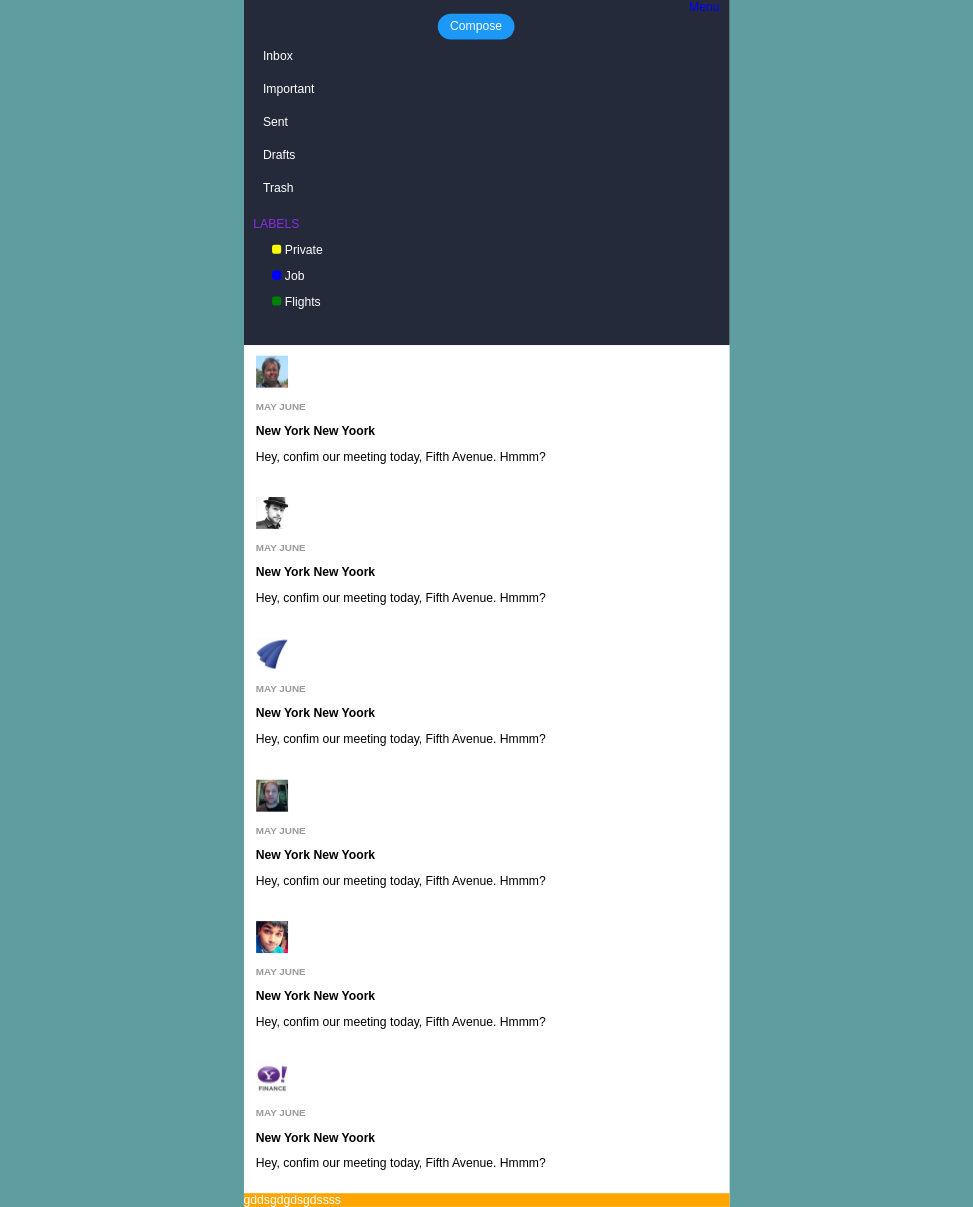
Repository: Gumiin/studia
Page: lesson4/index.html
The author's editor kept a copy of each file at every save. The page is drawn from the files as they stood at one save, then again after the next save.
The browser window is 1280 px wide. The pictures show the whole page, at 76% of full size.

Above is the page before, as saved 2021-04-21 18:22:29.

After the next save:
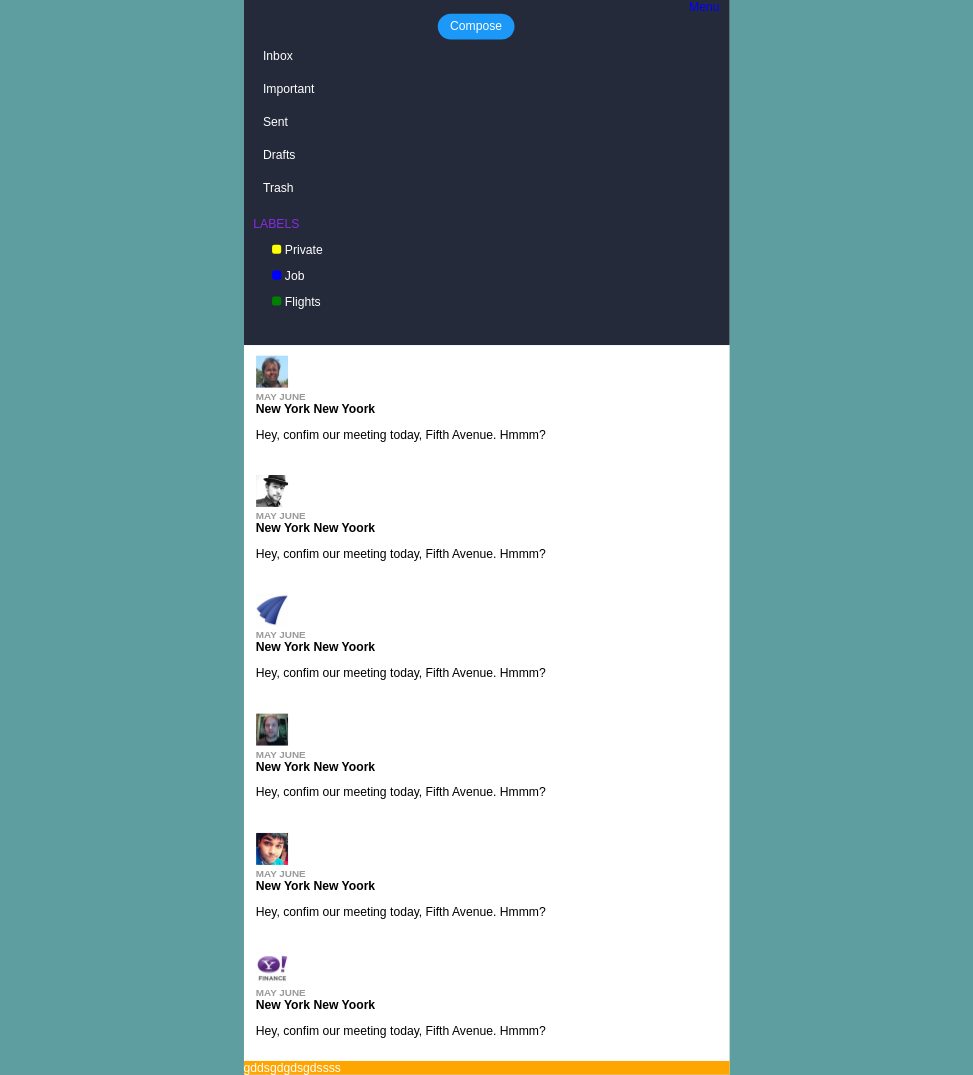
Saved 60 s later.
--- a/lesson4/style.css
+++ b/lesson4/style.css
@@ -82,15 +82,21 @@ img{
     text-transform: uppercase;
     font-weight: bold;
     font-size:  13px;
+    border:0px;
+    margin:0px;
 }
 .title{
     font-weight: bold;
     font-size:  16px;
+    border:0px;
+    margin:0px;
 }
 .messenge{
     font-size:  13px;
     text-transform: none;
     margin: 7px 0;
+    border:0px;
+    margin:0px;
 }
 content{
     grid-template-areas:content;
